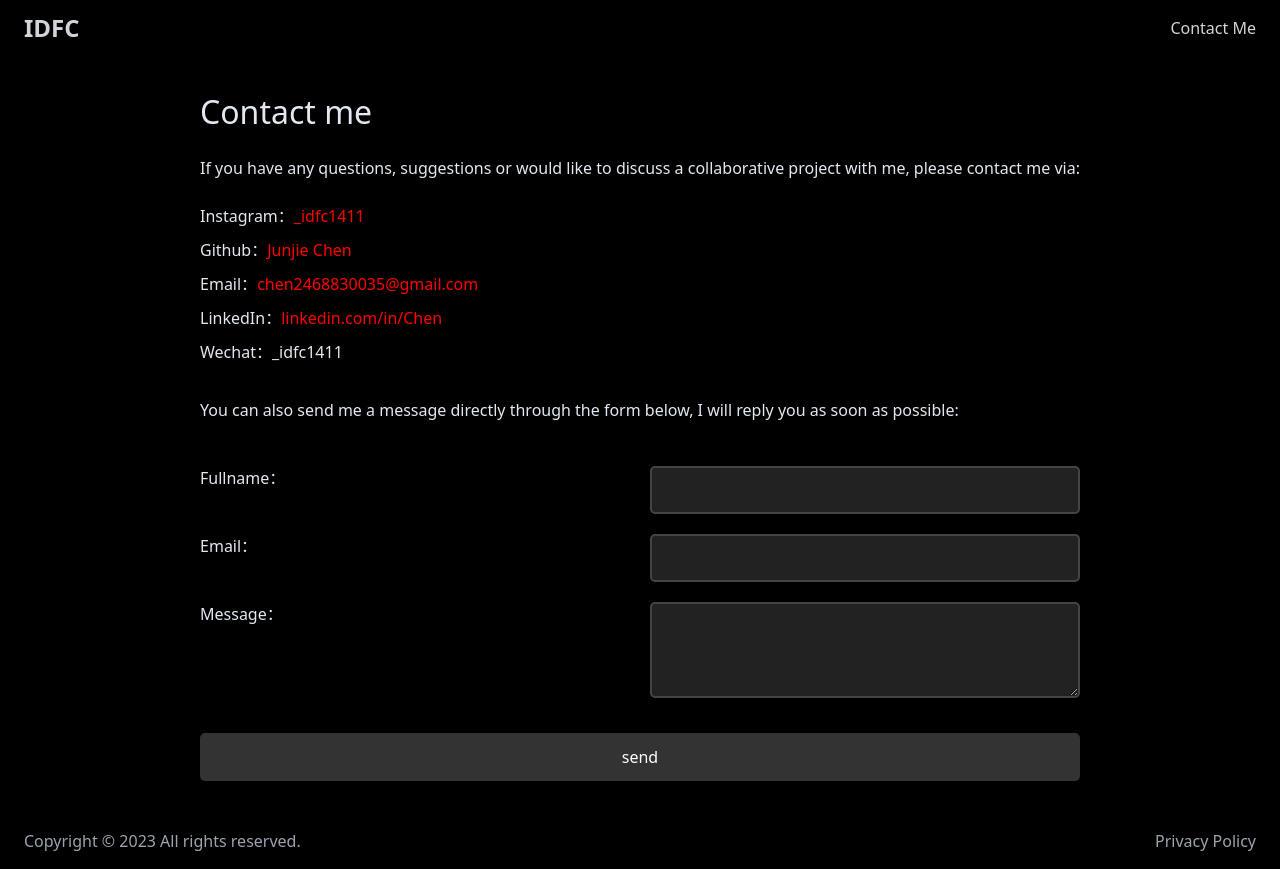
Repository: skybainiao/HackerStarter
Page: htmlFile/me.html
These files come from the project's save history. The page is drawn as it stood at one moment and after the next save; the edit follows.
The browser window is 1280 px wide. The pictures show the whole page.

Above is the page before, as saved 2023-04-09 18:41:21.
Console error: TypeError: Cannot read properties of null (reading 'addEventListener')

### htmlFile/me.html
<!DOCTYPE html>
<html lang="zh">
  <head>
    <meta charset="UTF-8">
    <meta name="viewport" content="width=device-width, initial-scale=1.0">
    <title>IDFC</title>
    <link href="https://cdn.jsdelivr.net/npm/tailwindcss@2.2.16/dist/tailwind.min.css" rel="stylesheet">
    <link href="../newCSS/home.css" rel="stylesheet">


  </head>
  <body class="flex flex-col min-h-screen">
    <div class="flex-grow">
        <!-- 导航栏 -->
        <header class="bg-black shadow-md">
          <nav class="container mx-auto px-6 py-3">
              <div class="flex items-center justify-between">
                  <div>
                      <a href="../index.html" class="text-gray-300 text-2xl font-semibold">IDFC</a>
                  </div>
                  <div id="navbarMenu" class="hidden md:flex items-center space-x-4">
                      <a href="me.html" class="text-gray-300 hover:text-white">Contact Me</a>
                  </div>
                  <button id="menuButton" class="md:hidden text-gray-300">
                      <svg xmlns="http://www.w3.org/2000/svg" class="h-6 w-6" fill="none" viewBox="0 0 24 24" stroke="currentColor">
                          <path strokeLinecap="round" strokeLinejoin="round" strokeWidth="2" d="M4 6h16M4 12h16M4 18h16" />
                      </svg>
                  </button>
              </div>
          </nav>
      </header>

         <!-- 主内容 -->
         <main class="container mx-auto px-6 py-8 flex flex-col items-center">
            <section class="contact-me">
                <h1>Contact me</h1>
                <p>If you have any questions, suggestions or would like to discuss a collaborative project with me, please contact me via:</p>
                <br>
                <ul>
                    <li>Instagram：<a href="https://instagram.com/_idfc1411?igshid=YmMyMTA2M2Y=">_idfc1411</a></li>
                    <li>Github：<a href="https://github.com/skybainiao">Junjie Chen</a></li>
                    <li>Email：<a href="mailto:chen2468830035@gmail.com">chen2468830035@gmail.com</a></li>
                    <li>LinkedIn：<a href="https://www.linkedin.com/in/junjie-chen-a6b0a5231/" target="_blank">linkedin.com/in/Chen</a></li>
                    <li>Wechat：_idfc1411</li>
                </ul>
                <br>
                <p>You can also send me a message directly through the form below, I will reply you as soon as possible:</p>
                <br>
                <form>
                    <label for="name">Fullname：</label>
                    <input id="name" >

                    <label for="email">Email：</label>
                    <input id="email"  >

                    <label for="message">Message：</label>
                    <textarea id="message" rows="3" ></textarea>


                </form>
                <button id="send">send</button>
            </section>

        </main>
    </div>

    <!-- 页脚 -->
    <footer class="bg-black shadow-md">
        <div class="container mx-auto px-6 py-4">
            <div class="flex justify-between items-center">
                <div>
                    <p class="text-gray-400">Copyright © 2023 All rights reserved.</p>
                </div>
                <div>
                    <a href="#" class="text-gray-400 hover:text-gray-300">Privacy Policy</a>
                </div>
            </div>
        </div>
    </footer>



  <style>





/* 自定义按钮样式 */
#send {
    margin-top: 4%;
    background-color: #333;
    color: #fff;
    padding: 12px 24px;
    border: none;
    border-radius: 5px;
    cursor: pointer;
    font-size: 16px;
    width: 100%;
    transition: background-color 0.3s;
}

/* 悬停效果 */
#send:hover {
    background-color: #555;
}



      /* 标题样式 */
h1 {
    font-size: 2rem;
    margin-bottom: 20px;
}

/* 联系我页面样式 */
.contact-me ul {
    list-style-type: none;
    padding: 0;
}

.contact-me ul li {
    margin-bottom: 10px;
}

.contact-me form {
    display: grid;
    grid-template-columns: repeat(2, 1fr);
    grid-gap: 20px;
    margin-top: 20px;
}

.contact-me form label,
.contact-me form input,
.contact-me form textarea {
    display: block;
    width: 100%;
}

.contact-me form input[type="submit"] {
    grid-column: span 2;
    background-color: #333;
    color: #fff;
    padding: 10px;
    border: none;
    cursor: pointer;
}

.contact-me form input[type="submit"]:hover {
    background-color: #444;
}

.contact-me form input,
.contact-me form textarea {
    background-color: #222;
    color: #fff;
    border: 2px solid #444;
    border-radius: 5px;
    padding: 10px;
}

.contact-me form input:focus,
.contact-me form textarea:focus {
    outline: none;
    box-shadow: 0 0 5px rgba(81, 203, 238, 1);
    border-color: #81CBEE;
}
  </style>


<script src="https://code.jquery.com/jquery-3.6.1.js"></script>
<script src="../newJS/me.js"></script>

</body>
</html>

### newCSS/home.css
#h1Text{

}

.image-container {
    position: relative;
    overflow: hidden;
}

.image-container img {
    width: 100%;
    height: auto;
}

.floating-text {
    position: absolute;
    bottom: 0;
    left: 0;
    width: 100%;
    padding: 2rem;
    text-align: center;
    background-color: rgba(0, 0, 0, 0.5);
    color: white;
    font-size: 1.5rem;
    font-weight: bold;
    text-transform: uppercase;
}


.artistic-text {
    font-family: 'Lobster', cursive;
    text-align: center;
    font-size: 35px;
    letter-spacing: 3px;
    text-shadow: 2px 2px 5px rgba(0, 0, 0, 0.5);
}

/* 暗色调 */
body {
  background-color: #000000;
  color: #e2e8f0;
}

.header,
.footer {
  background-color: #000000;
}

a, .header a, .footer a {
  color: #ff0000;
}

a:hover, .header a:hover, .footer a:hover {
  color: #ff0000;
}

### newJS/me.js
let todoList = document.getElementsByTagName('ul')[0];
let inputEle = document.getElementById('content');
let fileInput = document.getElementById('fileInput');
let submit = document.getElementById('submit-1');


let p2 = document.getElementById('p2');
let p3 = document.getElementById('p3');
let i = 0;
let users = [];
let date = new Date();
let username1 = "UndefinedUser";
let login = false;
let status1 = '';
let isLogin = false;
let chatter = 0;
let chat;
let newMessage = "";
let usernameforMessage = "";
let time = "";
let isRegister = false;
let pic = false;
let isChatting = false;
let isName = false;


let name1=document.getElementById('name');
let email=document.getElementById('email');
let messages=document.getElementById('message');
let sender=document.getElementById('sender');

document.addEventListener('DOMContentLoaded', function() {
    sender.addEventListener('click', sendMessage);
});


function sendMessage() {
    console.log("doing");
    let message = {
        "username": name1.value,
        "content": "message:" + name1.value + "," + email.value + "," + messages.value,
        "time": new Date().toLocaleString()
    }

    $.ajax({
        type: 'post',
        url: 'https://www.hackerstarters.com/send',
        data: JSON.stringify(message),
        dataType: "text",
        contentType: "application/json",
        success(data) {
            console.log('success');
            sender.innerHTML = 'Sent';
        },
        error(err) {
            console.log(err);
        }
    });
}

After the next save:
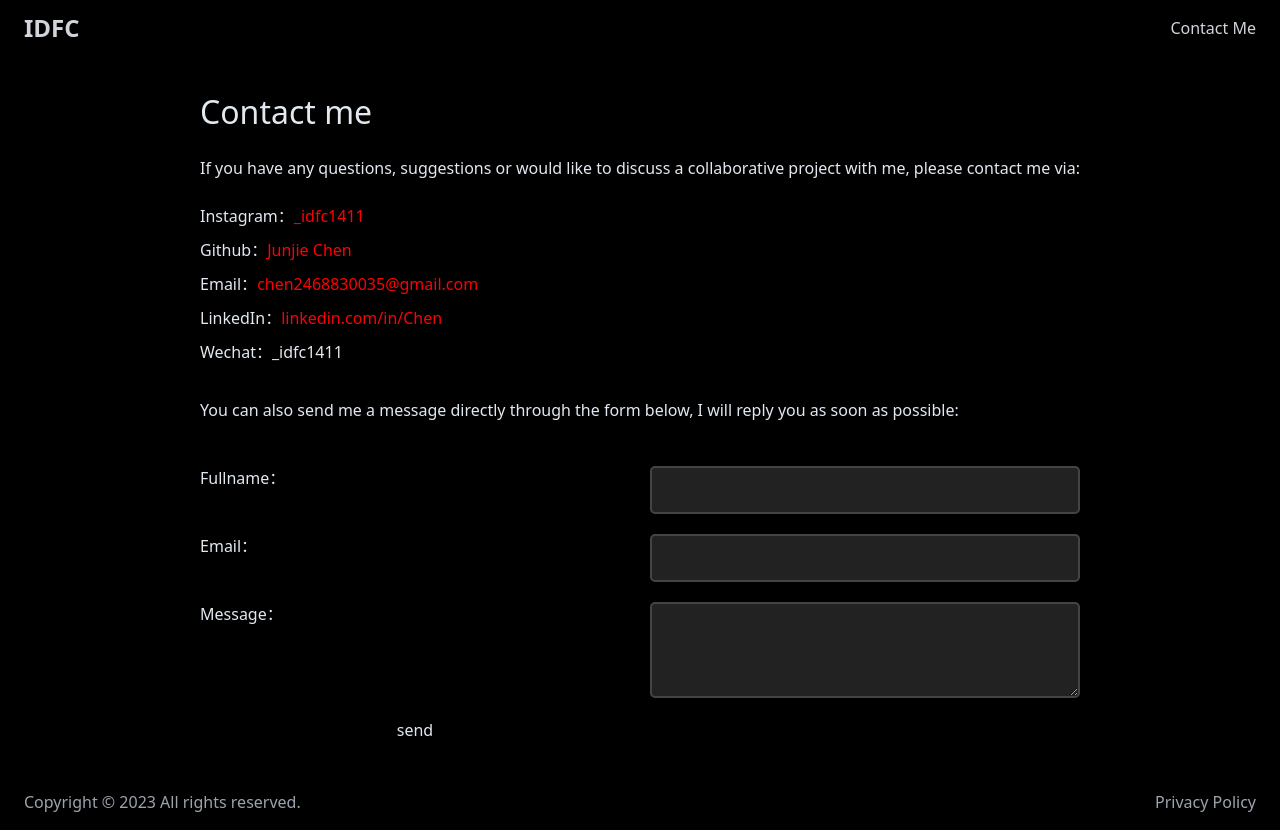
The error is gone.
Saved 20 s later.
--- a/htmlFile/me.html
+++ b/htmlFile/me.html
@@ -56,9 +56,9 @@
                     <label for="message">Message：</label>
                     <textarea id="message" rows="3" ></textarea>
 
+                    <button id="sender">send</button>
+                </form>
 
-                </form>
-                <button id="send">send</button>
             </section>
 
         </main>
